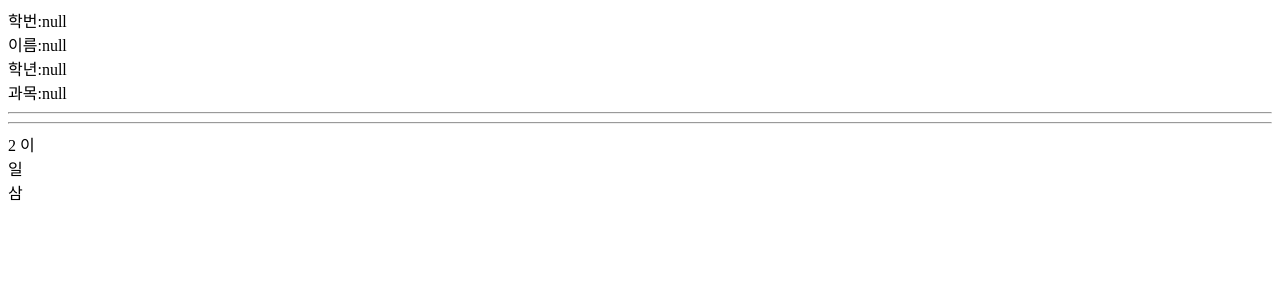
Repository: binkalos/JSP-STUDY
Page: http://localhost/chapter7/requestTestProc.jsp
The author's editor kept a copy of each file at every save. The page is drawn from the files as they stood at one save, then again after the next save.
The browser window is 1280 px wide. The pictures show the whole page.
The page is served by Tomcat 9.

Above is the page before, as saved 2019-06-14 02:11:15.

### chapter7/WebContent/requestTestProc.jsp
<%@page import="java.util.Enumeration"%>
<%@ page language="java" contentType="text/html; charset=UTF-8"
    pageEncoding="UTF-8"%>
<!DOCTYPE html>
<html>
<head>
<meta charset="UTF-8">
<title>Insert title here</title>
</head>
<body>
<%
	request.setCharacterEncoding("utf-8");

	String num=request.getParameter("num");
	String name=request.getParameter("name");
	String grade=request.getParameter("grade");
	String subject=request.getParameter("subject");

	Enumeration en = request.getParameterNames();
%>
학번:<%=num %><br>
이름:<%=name %><br>
학년:<%=grade %><br>
과목:<%=subject %><br>
<hr>
<%
//키 값들만 나옴 만약 values값까지 나오게 하고 싶으면 String value = request.getParameter(key);
	while(en.hasMoreElements()){
		String key = (String)en.nextElement();//키값 옮겨주는거
		String value = request.getParameter(key);
		out.print(key+"<br>");
	}
%>
<hr>
<%
	request.setAttribute("일", "1");//직접 넣기 위해 사용
	request.setAttribute("이", "2");
	request.setAttribute("삼", "3");

%>
<%= request.getAttribute("이") %><!--한글 "이"에 값2가 나옴 -->

<%
	Enumeration en1 = request.getAttributeNames();

	while(en1.hasMoreElements()){
		String key = (String)en1.nextElement();//키값 옮겨주는거
		String value = request.getParameter(key);
		out.print(key+"<br>");
	}
%>
</body>
</html>

After the next save:
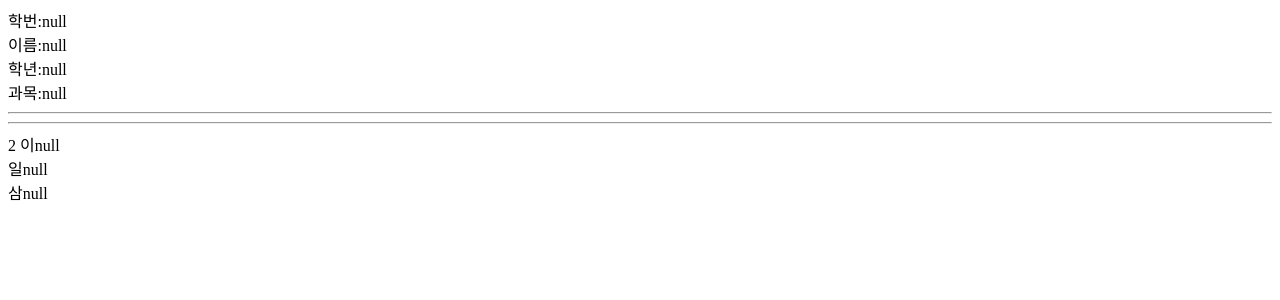
Saved 17 min 15 s later.
--- a/chapter7/WebContent/requestTestProc.jsp
+++ b/chapter7/WebContent/requestTestProc.jsp
@@ -46,7 +46,7 @@
 	while(en1.hasMoreElements()){
 		String key = (String)en1.nextElement();//키값 옮겨주는거
 		String value = request.getParameter(key);
-		out.print(key+"<br>");
+		out.print(key+ value + "<br>");
 	}
 %>
 </body>
